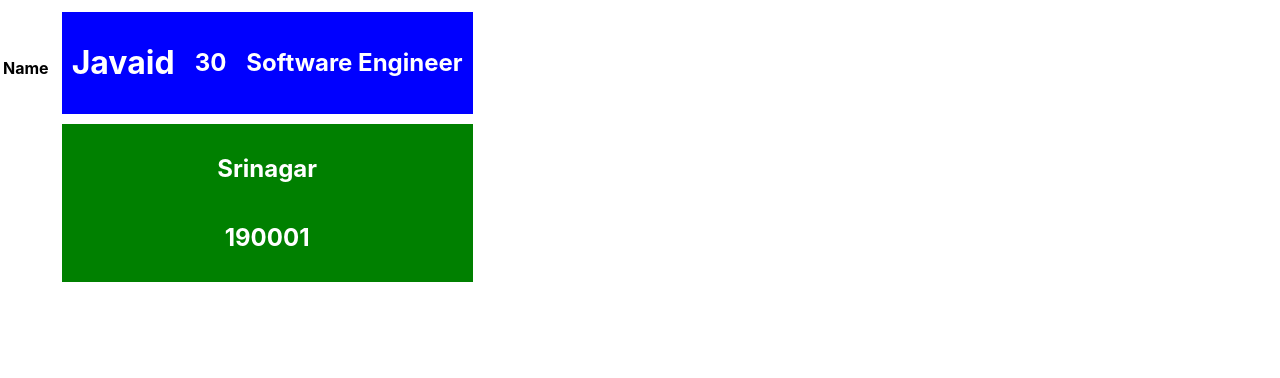
Repository: JavaidAhmadKhan/framer-motion-reacr
Page: /
An editor plug-in stored every save of this project. The page is shown before and after a run of saves, followed by the edit.
The browser window is 1280 px wide. The pictures show the whole page.
The project was rebuilt for these pictures with package versions that can differ from the ones it lists, and the page was loaded fresh each time.

Above is the page before, as saved 2022-05-19 17:27:07.

### src/App.js
import { Component } from "react";

import "./App.css";
class App extends Component {
  constructor() {
    console.log("constructor");
    super();
    console.log("super");
    this.state = {
      name: "Javaid",
      age: 30,
      profession: "Software Engineer",
      address: {
        city: "Srinagar",
        pincode: "190001",
      },
    };
  }

  render() {
    console.log("render");
    return (
      <div className="App">
        <table>
          <th>Name</th>
          <div
            style={{
              display: "flex",
              alignItems: "center",
              justifyContent: "center",
              margin: "10px",
              padding: "10px",
              backgroundColor: "blue",
              color: "white",
              gap: "20px",
            }}
          >
            <h1>{this.state.name}</h1>
            <h2>{this.state.age}</h2>
            <h2>{this.state.profession}</h2>
          </div>
          <div
            style={{
              display: "flex",
              flexDirection: "column",
              justifyContent: "center",
              alignItems: "center",
              backgroundColor: "green",
              margin: "10px",
              padding: "10px",
              color: "white",
            }}
          >
            <h2>{this.state.address.city}</h2>
            <h2>{this.state.address.pincode}</h2>
          </div>
        </table>
      </div>
    );
  }
}

export default App;

Loaded but not shown: public/index.html (common file); src/index.js (common file); src/index.css (common file); src/reportWebVitals.js (common file); src/App.css (common file)

After the next 3 saves:
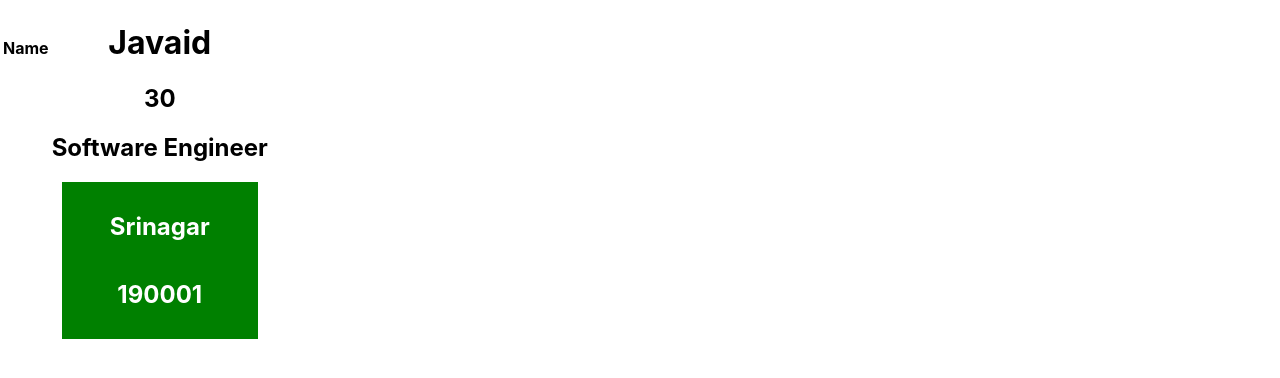
The 3 saves are shown as one change because they came seconds apart.
The last was saved 32 s later.
--- a/src/App.js
+++ b/src/App.js
@@ -23,22 +23,10 @@ class App extends Component {
       <div className="App">
         <table>
           <th>Name</th>
-          <div
-            style={{
-              display: "flex",
-              alignItems: "center",
-              justifyContent: "center",
-              margin: "10px",
-              padding: "10px",
-              backgroundColor: "blue",
-              color: "white",
-              gap: "20px",
-            }}
-          >
-            <h1>{this.state.name}</h1>
-            <h2>{this.state.age}</h2>
-            <h2>{this.state.profession}</h2>
-          </div>
+          <h1>{this.state.name}</h1>
+          <h2>{this.state.age}</h2>
+          <h2>{this.state.profession}</h2>
+
           <div
             style={{
               display: "flex",
